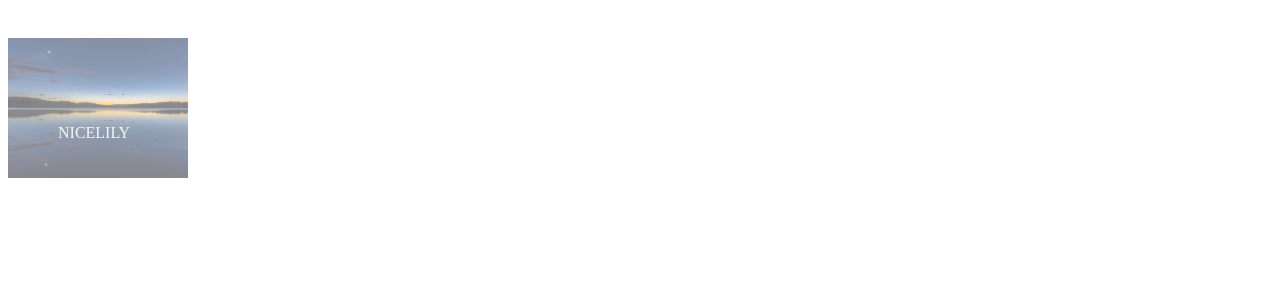
Repository: northpx/animation
Page: index.html
These files come from the project's save history. The page is drawn as it stood at one moment and after the next save; the edit follows.
The browser window is 1280 px wide. The pictures show the whole page.

Above is the page before, as saved 2022-12-19 20:34:35.

After the next save:
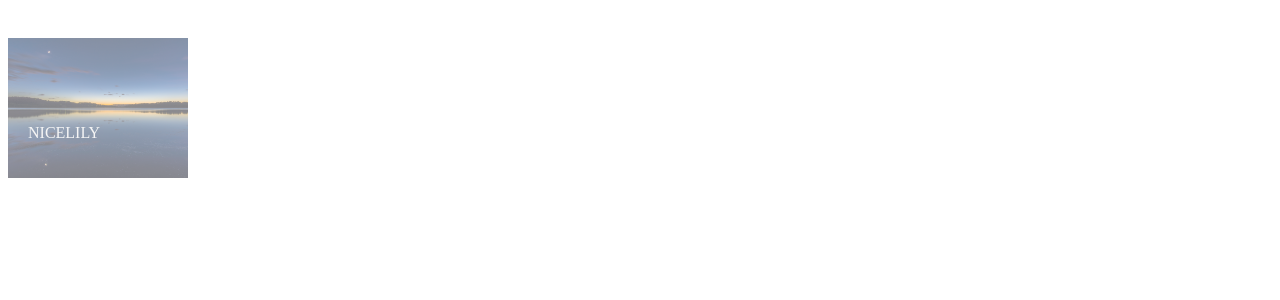
Saved 5 s later.
--- a/style.css
+++ b/style.css
@@ -120,5 +120,5 @@
     position: absolute;
     color: whitesmoke;
     top: 100px;
-    left: 50px;
+    left: 20px;
 }
